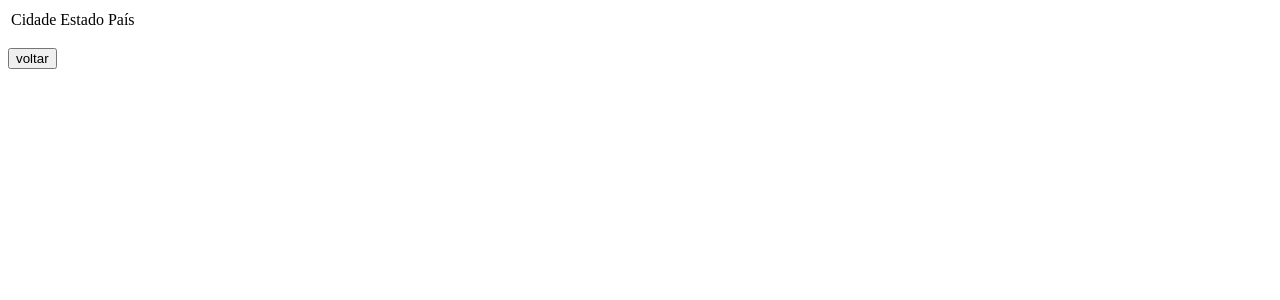
Repository: Maureci/forecast_workspace_project_fonts
Page: http://localhost/Forecast/index.jsp
An editor plug-in stored every save of this project. The page is shown before and after the next save, followed by the edit.
The browser window is 1280 px wide. The pictures show the whole page.
The page is served by Tomcat 9. Queries for data that is not in the repository find no rows.

Above is the page before, as saved 2017-04-02 12:56:05.

After the next save:
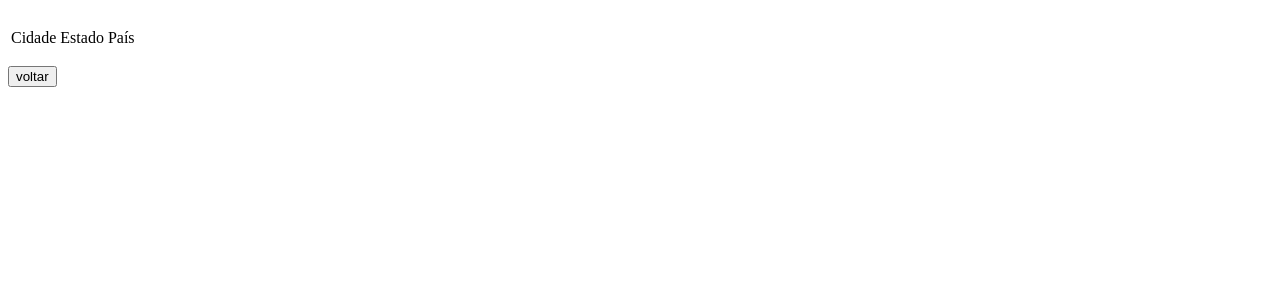
Saved 37 s later.
--- a/Forecast/WebContent/index.jsp
+++ b/Forecast/WebContent/index.jsp
@@ -7,7 +7,7 @@
       <tr>
 		<td>Cidade</td>
 		<td>Estado</td>
-		<td>País</td>
+		<td>País</td><br>
 	  </tr>
       <%
       CidadeDao dao = new CidadeDao();

After the 2 saves that followed:
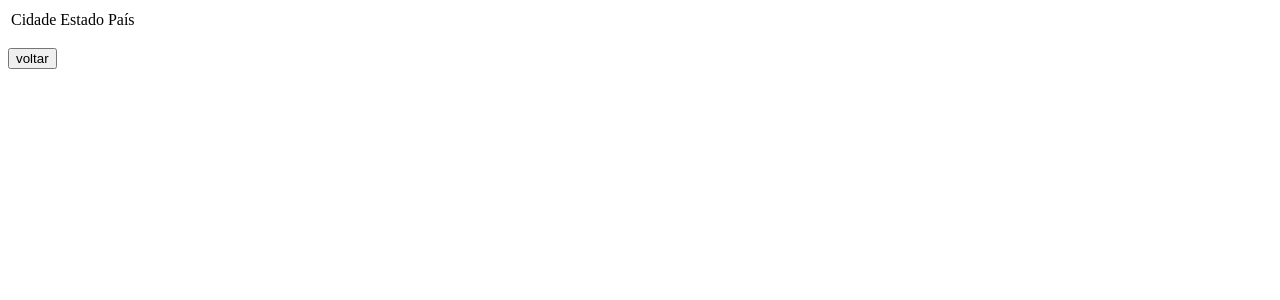
The 2 saves are shown as one change because 1 left the picture as it was.
The last was saved 37 s later.
--- a/Forecast/WebContent/index.jsp
+++ b/Forecast/WebContent/index.jsp
@@ -7,7 +7,7 @@
       <tr>
 		<td>Cidade</td>
 		<td>Estado</td>
-		<td>País</td><br>
+		<td>País</td>
 	  </tr>
       <%
       CidadeDao dao = new CidadeDao();
